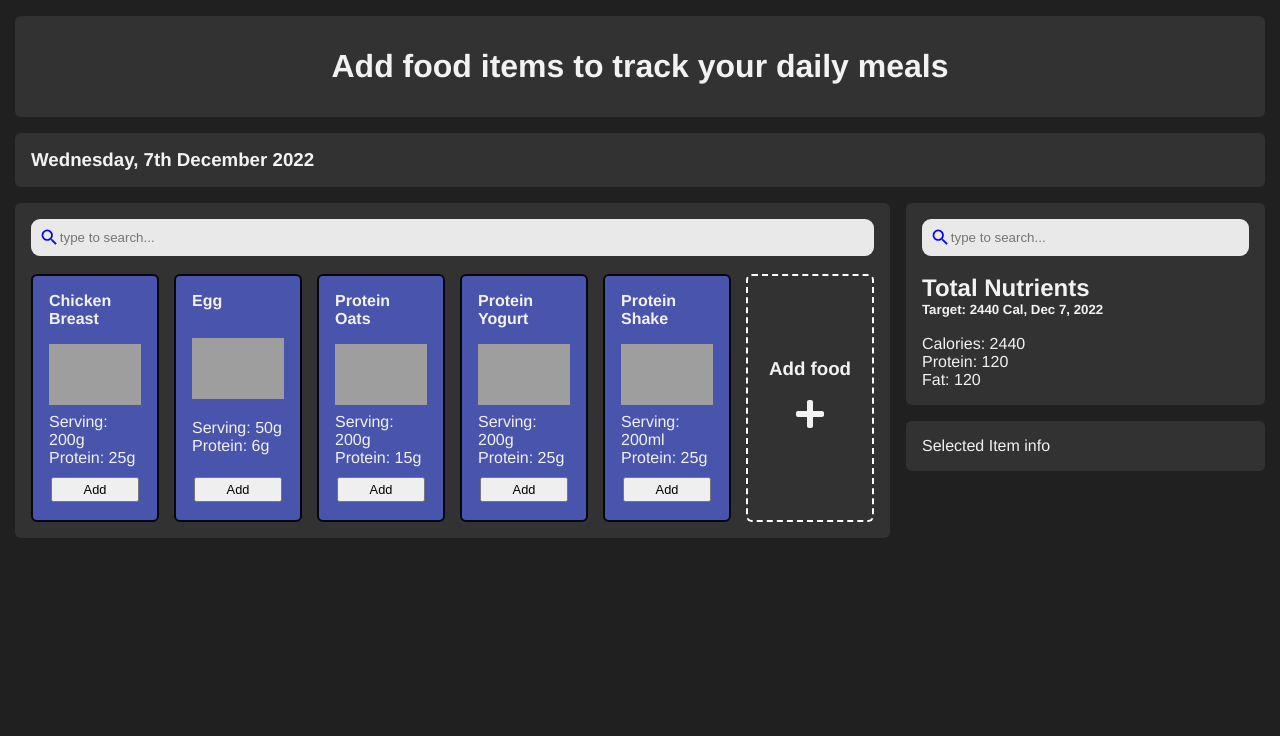
Repository: CEEPREL/NutritionTracker
Page: /
An editor plug-in stored every save of this project. The page is shown before and after the next save, followed by the edit.
The browser window is 1280 px wide. The pictures show the whole page.
Pictures or frames that could not be fetched are drawn as grey boxes. The project was rebuilt for these pictures with package versions that can differ from the ones it lists, and the page was loaded fresh each time. Also part of the build but not shown: vite.config.js.

Above is the page before, as saved 2022-12-08 22:02:55.

### public/index.html
<!DOCTYPE html>
<html lang="en">

<head>
  <meta charset="utf-8" />
  <link rel="icon" href="%PUBLIC_URL%/favicon.ico" />
  <meta name="viewport" content="width=device-width, initial-scale=1" />
  <meta name="theme-color" content="#000000" />
  <meta name="description" content="Web site created using create-react-app" />
  <link rel="apple-touch-icon" href="%PUBLIC_URL%/logo192.png" />
  <!--
      manifest.json provides metadata used when your web app is installed on a
      user's mobile device or desktop. See https://developers.google.com/web/fundamentals/web-app-manifest/
    -->
  <link rel="manifest" href="%PUBLIC_URL%/manifest.json" />
  <!--
      Notice the use of %PUBLIC_URL% in the tags above.
      It will be replaced with the URL of the `public` folder during the build.
      Only files inside the `public` folder can be referenced from the HTML.

      Unlike "/favicon.ico" or "favicon.ico", "%PUBLIC_URL%/favicon.ico" will
      work correctly both with client-side routing and a non-root public URL.
      Learn how to configure a non-root public URL by running `npm run build`.
    -->
  <title>React App</title>
  <!-- CSS only
  <link href="https://cdn.jsdelivr.net/npm/bootstrap@5.2.3/dist/css/bootstrap.min.css" rel="stylesheet"
    integrity="sha384-rbsA2VBKQhggwzxH7pPCaAqO46MgnOM80zW1RWuH61DGLwZJEdK2Kadq2F9CUG65" crossorigin="anonymous"> -->

</head>

<body>
  <noscript>You need to enable JavaScript to run this app.</noscript>
  <div id="root"></div>

  <!-- JavaScript Bundle with Popper -->
  <!-- <script src="https://cdn.jsdelivr.net/npm/bootstrap@5.2.3/dist/js/bootstrap.bundle.min.js"
    integrity="sha384-kenU1KFdBIe4zVF0s0G1M5b4hcpxyD9F7jL+jjXkk+Q2h455rYXK/7HAuoJl+0I4"
    crossorigin="anonymous"></script> -->

</body>

</html>

### src/App.js
/* eslint-disable jsx-a11y/img-redundant-alt */
import React, { useState, useEffect } from 'react';
import './App.css';
import './styles/searchFood.css';
import data from './data';

import CalculateNutrients from './components/CalculateNutrients';
import FoodList from './components/FoodList';
import Header from './components/Header';

const App = () => {

  //   const [foods, setFoods] = useState([
  //     {
  //         name: "Chicken Breast",
  //         size: "200g",
  //         protein: "25g",
  //         category: "lunch"
  //     }, {
  //         name: "Egg",
  //         size: "50g",
  //         protein: "6g",
  //         category: "breakfast"
  //     }, {
  //         name: "Protein Oats",
  //         size: "200g",
  //         protein: "15g",
  //         category: "breakfast"
  //     }, {
  //         name: "Protein Yogurt",
  //         size: "200g",
  //         protein: "25g",
  //         category: "breakfast"
  //     }, {
  //         name: "Protein Shake",
  //         size: "200ml",
  //         protein: "25g",
  //         category: "lunch"
  //     }
  //  ]);

  const { food_data } = data;
  return (
    <div className="container">
      <Header />

      <div className="wrapper-card">
        <h3>Wednesday, 7th December 2022</h3>
      </div>

      <div className="row">

        <div className="col-left">
          <div className="wrapper-card">
            <FoodList food_data={food_data} />
          </div>
        </div>

        <div className="col-right">
          <div className="wrapper-card">
            <CalculateNutrients />
          </div>

          <div className="wrapper-card">
            Selected Item info
          </div>

        </div>

      </div>

    </div>
  );
}



export default App;

### src/App.css
* {
  margin: 0;
  padding: 0;
  box-sizing: border-box;
}

code {
  font-family: source-code-pro, Menlo, Monaco, Consolas, 'Courier New',
    monospace;
}

body {
  font-family: 'Helvetica', BlinkMacSystemFont, 'Segoe UI', 'Roboto', 'Oxygen',
    'Ubuntu', 'Cantarell', 'Fira Sans', 'Droid Sans', 'Helvetica Neue',
    sans-serif;
  -webkit-font-smoothing: antialiased;
  -moz-osx-font-smoothing: grayscale;
  background: #202020;
  color: #F2F2F2;
}

.container {
  max-width: 1400px;
  justify-content: center;
  align-items: center;
  margin-left: auto;
  margin-right: auto;
  margin-top: 1rem;
  padding-right: 15px;
  padding-left: 15px;
  min-height: 100vh;
}

.header {
  padding: 2rem;
  background-color:  #323232;
  display: flex;
  flex-direction: column;
  align-items: center;
  justify-content: center;
  margin-bottom: 1rem;
  border-radius: 6px;
}

.col-left{
  float: left;
  width: 70%;
}

.col-right{
  float: left;
  width: 30%;
  padding-left: 1rem;
}

.wrapper-card {
  background-color: #323232;
  padding: 1rem;
  border-radius: 6px;
  margin-bottom: 1rem;
}

.foodList {
  display: flex;
  flex-wrap: wrap;
  gap:15px;

  /* display: grid;
  grid-gap: 1rem;
  grid-template-columns: repeat(auto-fill, minmax(180px, 1fr)); */
}

.food-card {
  min-height:7rem;
  min-width:8rem;

  border-radius: 6px;
  background-color: #4954ad;
  border: 2px solid rgb(4, 7, 12);
  padding: 1rem;

  display: flex;
  flex-direction: column;
  align-items: left;
  justify-content: space-between;
  flex: 1;
  cursor: pointer;

}

.food-name {
  margin-bottom: 1rem;
}

.food-nutrients {
  padding-top: 0.5rem;
  padding-bottom: 0.5rem;
}

.add-btn {
  font-size: 0.8rem;
  padding: 0.2rem;
  margin:0.1rem;
}
.new-card {
  min-height:140px;
  min-width:  8rem;
  border-radius: 6px;
  border: 2px dashed rgb(255, 255, 255);
  padding: 1rem;

  display: flex;
  flex-direction: column;
  align-items: center;
  justify-content: center;
  flex: 1;
  cursor: pointer;
}



@media screen and (max-width: 960px) {
  .col-left, .col-right {
    width: 100%;
    padding: 0;
  }
}


/* Clear floats after the columns
.row:after {
  content: "";
  display: table;
  clear: both;
} */

### src/styles/searchFood.css
.searchFood {
    padding: 0.5rem;
    background-color:  #323232;
    display: flex;
    align-items: center;
    background-color: rgb(233,233,233);
    border-radius: 9px;

  }
  .searchFood input {
    border: none;
    background-color: rgb(233,233,233);

  }

  .searchFood input:focus {
    outline: none;
  }

### src/data.js

const data = {

    food_data: [
        {
            id: '1',
            name: "Chicken Breast",
            size: "200g",
            protein: "25g",
            category: "lunch",
            image: 'https://picsum.photos/id/190/2400/1600/'
        }, {
            id: '2',
            name: "Egg",
            size: "50g",
            protein: "6g",
            category: "breakfast",
            image: 'https://picsum.photos/id/170/2400/1600/'
        }, {
            id: '3',
            name: "Protein Oats",
            size: "200g",
            protein: "15g",
            category: "breakfast",
            image: 'https://picsum.photos/id/180/2400/1600/'
        }, {
            id: '4',
            name: "Protein Yogurt",
            size: "200g",
            protein: "25g",
            category: "breakfast",
            image: 'https://picsum.photos/id/170/2400/1600/'
        }, {
            id: '5',
            name: "Protein Shake",
            size: "200ml",
            protein: "25g",
            category: "lunch",
            image: 'https://picsum.photos/id/130/2400/1600/'
        }
    ],
};

export default data;

### src/components/CalculateNutrients.js
import React from 'react'
import SearchFood from './SearchFood'

function CalculateNutrients() {
  return (
    <div className="calculateNutrients">
      <SearchFood/>
      <br></br>
      <h2>Total Nutrients</h2>
      <h5>Target: 2440 Cal, Dec 7, 2022</h5>
      <br></br>
      <p>Calories: 2440</p>
      <p>Protein: 120</p>
      <p>Fat: 120</p>
    </div>
  )
}

export default CalculateNutrients

### src/components/FoodList.js
import { FaPlus } from 'react-icons/fa';
import Food from './Food';
import SearchFood from './SearchFood';

const FoodList = ({ food_data }) => {
    return (
        <div>
            <SearchFood />
            <br></br>

            <div className="foodList">
                {food_data.map((food) =>
                    <Food
                        key={food.id}
                        name={food.name}
                        size={food.size}
                        protein={food.protein}
                        image={food.image}
                    />
                )}

                {/*
                <Food name="Salad" serving="300g" protein="4g" />
                <Food name="Chicken" serving="500g" protein="21g" />
                <Food name="Peanut Butter" serving="30g" protein="6g" />
                <Food name="Peanut Butter" serving="30g" protein="6g" />
                <Food name="Peanut Butter" serving="30g" protein="6g" />
                <Food />
                */}
                <div className="new-card">
                    <h3>Add food </h3><br></br>
                    <h1><FaPlus /></h1>

                </div>
            </div>
        </div>

    )
}

export default FoodList

### src/components/Header.js
import React from 'react'
import SearchFood from './SearchFood'

function Header(props) {
    return (

        <div className="header">
            <h1>Add food items to track your daily meals</h1>
        </div>

    )
}

export default Header

### src/components/SearchFood.js
import React from 'react'
import { MdSearch } from 'react-icons/md'

function SearchFood() {
    return (
        <div className="searchFood">
            <MdSearch className="search-icons" size="1.3em" color="blue"/>
            <input
                // onChange={(event) => handleSearchNote(event.target.value)}
                type="text"
                placeholder="type to search...">

            </input>
        </div>
    )
}

export default SearchFood

### src/components/Food.js
import React from 'react'

const Food = ({ id, name, size, protein, image }) => {
    return (
        <div className="food-card">
            <div className="food-name">
                <h4 ><strong>{name}</strong></h4>
            </div>

            <img className="small" src={image} alt={name}></img>

            <div className="food-nutrients">
                <p>Serving: {size}</p>
                <p>Protein: {protein}</p>
            </div>
            <button className="add-btn">Add</button>

        </div>
    )
}

Food.defaultProps = {
    name: "Enter Food",
    serving: "0g",
    protein: "0g"
}

export default Food

Loaded but not shown: src/index.js (common file)

After the next save:
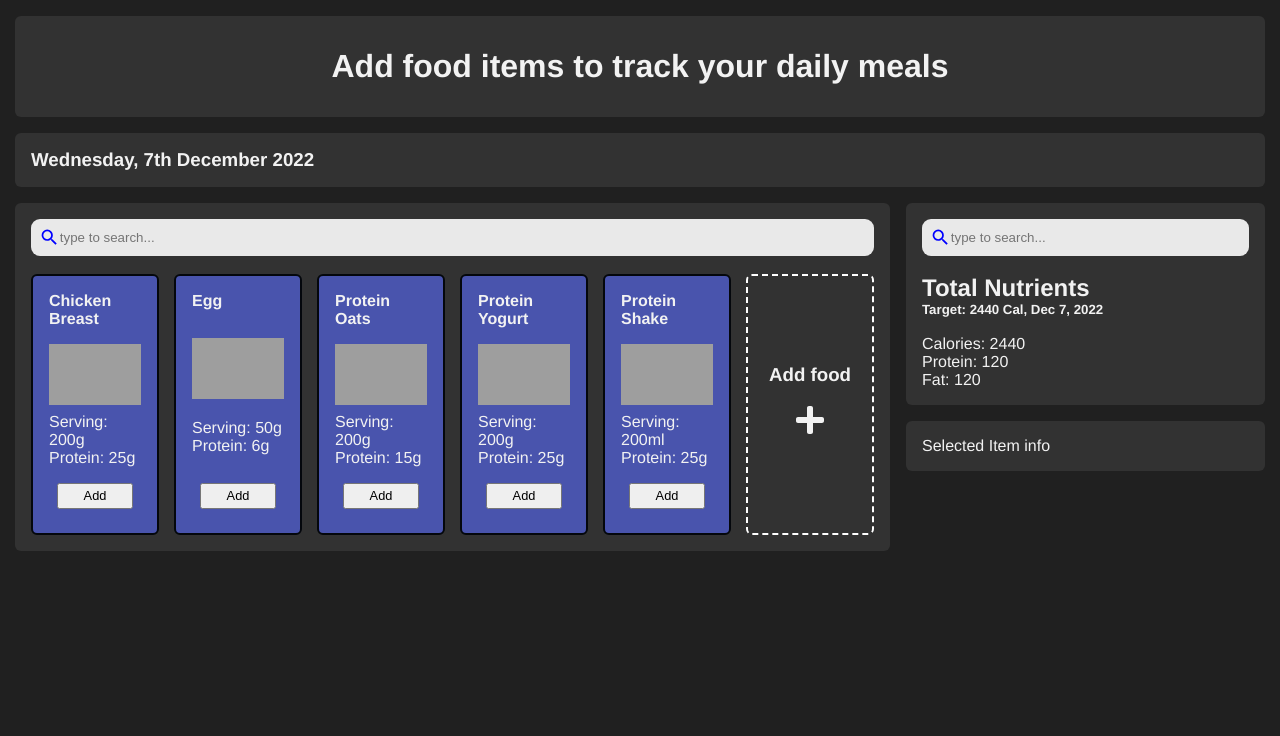
Saved 10 s later.
--- a/src/App.css
+++ b/src/App.css
@@ -100,7 +100,7 @@ body {
 .add-btn {
   font-size: 0.8rem;
   padding: 0.2rem;
-  margin:0.1rem;
+  margin:0.5rem;
 }
 .new-card {
   min-height:140px;
